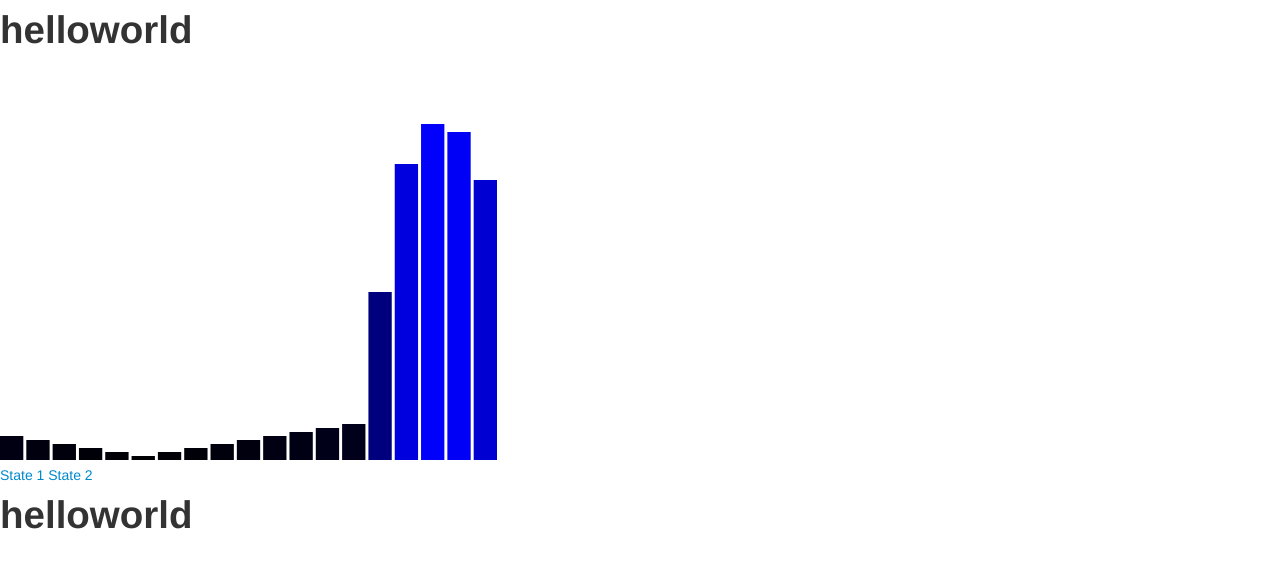
Repository: dingziran/dota2data
Page: client/index.html
The author's editor kept a record of every edit. The page is drawn from the files as they stood at one moment, then again after the next edit.
The browser window is 1280 px wide. The pictures show the whole page.

Above is the page before.

### client/index.html
<!doctype html>
<html lang="en" ng-app="dota2data">
  <head>
    <title>Chat Example</title>
    <meta name="viewport" content="width=device-width, initial-scale=1.0">
    <link rel="stylesheet" href="/css/bootstrap.min.css">
    <link rel="stylesheet" href="/css/bootstrap-responsive.min.css">

  </head>
<body>
  <div ui-view></div>
  <a ui-sref="state1">State 1</a>
  <a ui-sref="state2">State 2</a>
  <h1>{{"hello" + "world"}}</h1>


  <script src="/js/jquery.min.js"></script>
  <script src="/js/d3.min.js"></script>
  <script src="/js/bootstrap.min.js"></script>
  <script src="/js/angular.min.js"></script>
  <script src="/js/angular-ui-router.min.js"></script>
  <script src="/app.js"></script>

  <script type="text/javascript">

  </script>

</body>
</html>

### client/app.js
var app=angular.module("dota2data",['ui.router']);
app.config(function($stateProvider, $urlRouterProvider) {
  //
  // For any unmatched url, redirect to /dashboard
  $urlRouterProvider.otherwise("/dashboard");
  //
  // Now set up the states
  $stateProvider
    .state('dashboard', {
      url: "/dashboard",
      templateUrl: "dashboard.html"
    })
    .state('state1.list', {
      url: "/list",
      templateUrl: "partials/state1.list.html",
      controller: function($scope) {
        $scope.items = ["A", "List", "Of", "Items"];
      }
    })
    .state('state2', {
      url: "/state2",
      templateUrl: "partials/state2.html"
    })
    .state('state2.list', {
      url: "/list",
      templateUrl: "partials/state2.list.html",
      controller: function($scope) {
        $scope.things = ["A", "Set", "Of", "Things"];
      }
    });
});
app.controller('dashboardController',function($scope){
      //define data
  var dataset=[1,2,3,4,5,6,5,4,3,2,1,2,3,4,5,6,7,8,9];

  //define svg
  var width=500;
  var height=400;
  var x=d3.scale.linear()
          .range([0,width]);
  var y=d3.scale.linear()
          .range([height,0]);
  var svg = d3.select('#barChart').append('svg')
    .attr('width', width)
    .attr('height', height);

  //
  function render(data){
    y.domain([0,100]);
    d3.select("svg").selectAll("rect")
      .data(data)
      .enter()
      .append('rect');

    d3.select("svg").selectAll("rect")
      .data(data)
      .attr({
        x:function(d,i){return i*(width/data.length)},
        y:function(d){return y(d)},
        width:(width/data.length-3),
        height:function(d){return height-y(d)},
        fill:function(d){return 'rgb(0,0,'+d*3+')';}
      });
    d3.select("svg").selectAll("rect")
      .data(data)
      .exit()
      .remove();
  }
  setInterval(function(){
    dataset.shift();
    dataset.push(Math.round(Math.random()*100));
    render(dataset);
  },1000);
  render(dataset);
});

### client/dashboard.html
<div ng-controller='dashboardController'>
  <h1 >{{"hello" + "world"}}</h1>
  <div id='barChart'></div>
</div>

Loaded but not shown: client/css/bootstrap.min.css (library); client/css/bootstrap-responsive.min.css (library); client/js/jquery.min.js (library); client/js/d3.min.js (library); client/js/bootstrap.min.js (library); client/js/angular.min.js (library); client/js/angular-ui-router.min.js (library)

After the next edit:
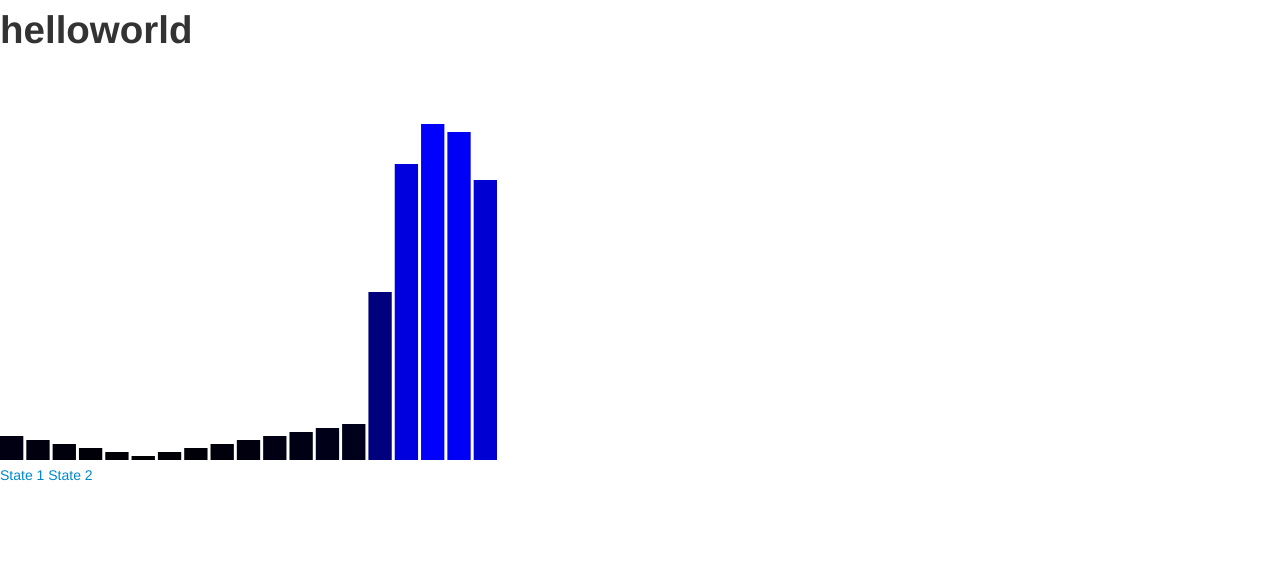
The edit:
--- a/client/index.html
+++ b/client/index.html
@@ -11,7 +11,6 @@
   <div ui-view></div>
   <a ui-sref="state1">State 1</a>
   <a ui-sref="state2">State 2</a>
-  <h1>{{"hello" + "world"}}</h1>
 
 
   <script src="/js/jquery.min.js"></script>
